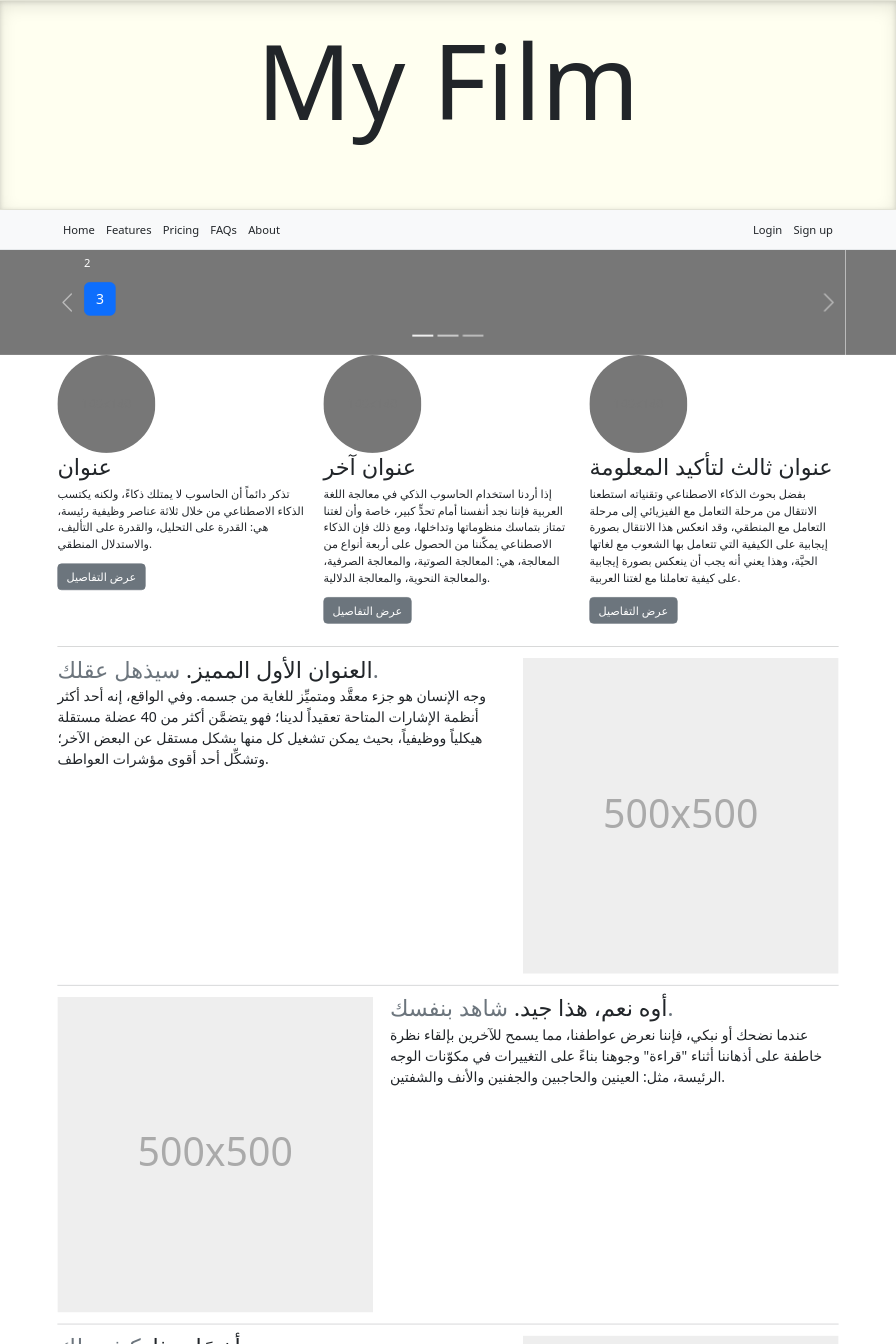
Repository: SpearManCN/MovieBox-2nd-Project-
Page: http://localhost/prj_01/WEB-INF/views/mainForm.jsp
The author's editor kept a copy of each file at every save. The page is drawn from the files as they stood at one save, then again after the next save.
The browser window is 1280 px wide. The pictures show the part of the page from y = 0 to 1920 px (the page is 2432 px tall before and 2732 px after), at 70% of full size.
The page is served by Tomcat 9. Nobody is signed in. Other server files are loaded and not shown. The template is opened directly, without the code that normally fills it, so the values that code supplies are empty.

Above is the page before, as saved 2022-12-12 12:25:49.

### Second project/prj_01/src/main/webapp/WEB-INF/views/mainForm.jsp
<%@ page language="java" contentType="text/html; charset=UTF-8"
    pageEncoding="UTF-8"%>
<!DOCTYPE html>
<html>
<head>
<meta name="viewport" content="width=device-width, initial-scale=1">
<meta charset="UTF-8">
<title>Insert title here</title>
<link href="https://cdn.jsdelivr.net/npm/bootstrap@5.2.3/dist/css/bootstrap.min.css" rel="stylesheet" integrity="sha384-rbsA2VBKQhggwzxH7pPCaAqO46MgnOM80zW1RWuH61DGLwZJEdK2Kadq2F9CUG65" crossorigin="anonymous">
 <style>

      .b-example-divider {
        height: 3rem;
        background-color: rgba(0, 0, 0, .1);
        border: solid rgba(0, 0, 0, .15);
        border-width: 1px 0;
        box-shadow: inset 0 .5em 1.5em rgba(0, 0, 0, .1), inset 0 .125em .5em rgba(0, 0, 0, .15);
      }
 .bd-placeholder-img {
        font-size: 1.125rem;
        text-anchor: middle;
        -webkit-user-select: none;
        -moz-user-select: none;
        user-select: none;
      }

      @media (min-width: 768px) {
        .bd-placeholder-img-lg {
          font-size: 3.5rem;
        }
      }
     .b-example-vr {
        flex-shrink: 0;
        width: 1.5rem;
        height: 100vh;
      }

      .bi {
        vertical-align: -.125em;
        fill: currentColor;
      }

      .nav-scroller {
        position: relative;
        z-index: 2;
        height: 2.75rem;
        overflow-y: hidden;
      }

      .nav-scroller .nav {
        display: flex;
        flex-wrap: nowrap;
        padding-bottom: 1rem;
        margin-top: -1px;
        overflow-x: auto;
        text-align: center;
        white-space: nowrap;
        -webkit-overflow-scrolling: touch;
      }
    </style>

</head>
<body>
<div style="height:300px; background-color: ivory" class="b-example-divider" align="center"><Span align="center" style="font-size: 150px;" >My Film</Span></div>

  <nav class="py-2 bg-light border-bottom">
    <div class="container d-flex flex-wrap">
      <ul class="nav me-auto">
        <li class="nav-item"><a href="#" class="nav-link link-dark px-2 active" aria-current="page">Home</a></li>
        <li class="nav-item"><a href="#" class="nav-link link-dark px-2">Features</a></li>
        <li class="nav-item"><a href="#" class="nav-link link-dark px-2">Pricing</a></li>
        <li class="nav-item"><a href="#" class="nav-link link-dark px-2">FAQs</a></li>
        <li class="nav-item"><a href="#" class="nav-link link-dark px-2">About</a></li>
      </ul>
      <ul class="nav">
        <li class="nav-item"><a href="#" class="nav-link link-dark px-2">Login</a></li>
        <li class="nav-item"><a href="#" class="nav-link link-dark px-2">Sign up</a></li>
      </ul>
    </div>
  </nav>
   <div id="myCarousel" class="carousel slide" data-bs-ride="carousel">
    <div class="carousel-indicators">
      <button type="button" data-bs-target="#myCarousel" data-bs-slide-to="0" class="active" aria-current="true" aria-label="Slide 1"></button>
      <button type="button" data-bs-target="#myCarousel" data-bs-slide-to="1" aria-label="Slide 2"></button>
      <button type="button" data-bs-target="#myCarousel" data-bs-slide-to="2" aria-label="Slide 3"></button>
    </div>
    <div class="carousel-inner">
      <div class="carousel-item active">
        <svg class="bd-placeholder-img" width="100%" height="100%" xmlns="http://www.w3.org/2000/svg" aria-hidden="true" preserveAspectRatio="xMidYMid slice" focusable="false"><rect width="100%" height="100%" fill="#777"/></svg>

        <div class="container">
          <div class="carousel-caption text-start">
            <h1>1</h1>
            <p>2</p>
            <p><a class="btn btn-lg btn-primary" href="#">3</a></p>
          </div>
        </div>
      </div>
      <div class="carousel-item">
        <svg class="bd-placeholder-img" width="100%" height="100%" xmlns="http://www.w3.org/2000/svg" aria-hidden="true" preserveAspectRatio="xMidYMid slice" focusable="false"><rect width="100%" height="100%" fill="#777"/></svg>

        <div class="container">
          <div class="carousel-caption">
            <h1>عنوان مثال آخر.</h1>
            <p>حسب المجلس الثقافي البريطاني فإن تعليم الإنجليزية داخل بريطانيا يسهم في تعزيز اقتصادها بما يتجاوز ملياري جنيه سنوياً، كما أنه وفر أكثر من 26 ألف وظيفة.</p>
            <p><a class="btn btn-lg btn-primary" href="#">أعرف أكثر</a></p>
          </div>
        </div>
      </div>
      <div class="carousel-item">
        <svg class="bd-placeholder-img" width="100%" height="100%" xmlns="http://www.w3.org/2000/svg" aria-hidden="true" preserveAspectRatio="xMidYMid slice" focusable="false"><rect width="100%" height="100%" fill="#777"/></svg>

        <div class="container">
          <div class="carousel-caption text-end">
            <h1>واحد أكثر لقياس جيد.</h1>
            <p>الإحصاءات لحجم الاستثمار اللغوي خارج بريطانيا تتفاوت من سنة لأخرى إلا أن المدير التنفيذي للمجلس الثقافي البريطاني إدي بايرز يرى أن استثمار تعليم الإنجليزية في الخارج لا يحسب على المستوى المالي فحسب بل على المستوى السياسي أيضاً.</p>
            <p><a class="btn btn-lg btn-primary" href="#">تصفح المعرض</a></p>
          </div>
        </div>
      </div>
    </div>
    <button class="carousel-control-prev" type="button" data-bs-target="#myCarousel" data-bs-slide="prev">
      <span class="carousel-control-prev-icon" aria-hidden="true"></span>
      <span class="visually-hidden">السابق</span>
    </button>
    <button class="carousel-control-next" type="button" data-bs-target="#myCarousel" data-bs-slide="next">
      <span class="carousel-control-next-icon" aria-hidden="true"></span>
      <span class="visually-hidden">التالي</span>
    </button>
  </div>

  <!-- Marketing messaging and featurettes
  ================================================== -->
  <!-- Wrap the rest of the page in another container to center all the content. -->

  <div class="container marketing">

    <!-- Three columns of text below the carousel -->
    <div class="row">
      <div class="col-lg-4">
        <svg class="bd-placeholder-img rounded-circle" width="140" height="140" xmlns="http://www.w3.org/2000/svg" role="img" aria-label="Placeholder: 140x140" preserveAspectRatio="xMidYMid slice" focusable="false"><title>Placeholder</title><rect width="100%" height="100%" fill="#777"/><text x="50%" y="50%" fill="#777" dy=".3em">140x140</text></svg>

        <h2 class="fw-normal">عنوان</h2>
        <p>تذكر دائماً أن الحاسوب لا يمتلك ذكاءً، ولكنه يكتسب الذكاء الاصطناعي من خلال ثلاثة عناصر وظيفية رئيسة، هي: القدرة على التحليل، والقدرة على التأليف، والاستدلال المنطقي.</p>
        <p><a class="btn btn-secondary" href="#">عرض التفاصيل</a></p>
      </div><!-- /.col-lg-4 -->
      <div class="col-lg-4">
        <svg class="bd-placeholder-img rounded-circle" width="140" height="140" xmlns="http://www.w3.org/2000/svg" role="img" aria-label="Placeholder: 140x140" preserveAspectRatio="xMidYMid slice" focusable="false"><title>Placeholder</title><rect width="100%" height="100%" fill="#777"/><text x="50%" y="50%" fill="#777" dy=".3em">140x140</text></svg>

        <h2 class="fw-normal">عنوان آخر</h2>
        <p>إذا أردنا استخدام الحاسوب الذكي في معالجة اللغة العربية فإننا نجد أنفسنا أمام تحدٍّ كبير، خاصة وأن لغتنا تمتاز بتماسك منظوماتها وتداخلها، ومع ذلك فإن الذكاء الاصطناعي يمكّننا من الحصول على أربعة أنواع من المعالجة، هي: المعالجة الصوتية، والمعالجة الصرفية، والمعالجة النحوية، والمعالجة الدلالية.</p>
        <p><a class="btn btn-secondary" href="#">عرض التفاصيل</a></p>
      </div><!-- /.col-lg-4 -->
      <div class="col-lg-4">
        <svg class="bd-placeholder-img rounded-circle" width="140" height="140" xmlns="http://www.w3.org/2000/svg" role="img" aria-label="Placeholder: 140x140" preserveAspectRatio="xMidYMid slice" focusable="false"><title>Placeholder</title><rect width="100%" height="100%" fill="#777"/><text x="50%" y="50%" fill="#777" dy=".3em">140x140</text></svg>

        <h2 class="fw-normal">عنوان ثالث لتأكيد المعلومة</h2>
        <p>بفضل بحوث الذكاء الاصطناعي وتقنياته استطعنا الانتقال من مرحلة التعامل مع الفيزيائي إلى مرحلة التعامل مع المنطقي، وقد انعكس هذا الانتقال بصورة إيجابية على الكيفية التي تتعامل بها الشعوب مع لغاتها الحيَّة، وهذا يعني أنه يجب أن ينعكس بصورة إيجابية على كيفية تعاملنا مع لغتنا العربية.</p>
        <p><a class="btn btn-secondary" href="#">عرض التفاصيل</a></p>
      </div><!-- /.col-lg-4 -->
    </div><!-- /.row -->


    <!-- START THE FEATURETTES -->

    <hr class="featurette-divider">

    <div class="row featurette">
      <div class="col-md-7">
        <h2 class="featurette-heading fw-normal lh-1">العنوان الأول المميز. <span class="text-muted"> سيذهل عقلك. </span></h2>
        <p class="lead">وجه الإنسان هو جزء معقَّد ومتميِّز للغاية من جسمه. وفي الواقع، إنه أحد أكثر أنظمة الإشارات المتاحة تعقيداً لدينا؛ فهو يتضمَّن أكثر من 40 عضلة مستقلة هيكلياً ووظيفياً، بحيث يمكن تشغيل كل منها بشكل مستقل عن البعض الآخر؛ وتشكِّل أحد أقوى مؤشرات العواطف.</p>
      </div>
      <div class="col-md-5">
        <svg class="bd-placeholder-img bd-placeholder-img-lg featurette-image img-fluid mx-auto" width="500" height="500" xmlns="http://www.w3.org/2000/svg" role="img" aria-label="Placeholder: 500x500" preserveAspectRatio="xMidYMid slice" focusable="false"><title>Placeholder</title><rect width="100%" height="100%" fill="#eee"/><text x="50%" y="50%" fill="#aaa" dy=".3em">500x500</text></svg>

      </div>
    </div>

    <hr class="featurette-divider">

    <div class="row featurette">
      <div class="col-md-7 order-md-2">
        <h2 class="featurette-heading fw-normal lh-1">أوه نعم، هذا جيد. <span class="text-muted"> شاهد بنفسك. </span></h2>
        <p class="lead">عندما نضحك أو نبكي، فإننا نعرض عواطفنا، مما يسمح للآخرين بإلقاء نظرة خاطفة على أذهاننا أثناء "قراءة" وجوهنا بناءً على التغييرات في مكوّنات الوجه الرئيسة، مثل: العينين والحاجبين والجفنين والأنف والشفتين.</p>
      </div>
      <div class="col-md-5 order-md-1">
        <svg class="bd-placeholder-img bd-placeholder-img-lg featurette-image img-fluid mx-auto" width="500" height="500" xmlns="http://www.w3.org/2000/svg" role="img" aria-label="Placeholder: 500x500" preserveAspectRatio="xMidYMid slice" focusable="false"><title>Placeholder</title><rect width="100%" height="100%" fill="#eee"/><text x="50%" y="50%" fill="#aaa" dy=".3em">500x500</text></svg>

      </div>
    </div>

    <hr class="featurette-divider">

    <div class="row featurette">
      <div class="col-md-7">
        <h2 class="featurette-heading fw-normal lh-1">وأخيرًا، هذا. <span class="text-muted"> كش ملك. </span></h2>
        <p class="lead">إن جميع العضلات في أجسامنا مدعمة بالأعصاب المتصلة من كافة أنحاء الجسم بالنخاع الشوكي والدماغ. وهذا الاتصال العصبي هو ثنائي الاتجاه، أي إن العصب يتسبَّب في تقلصات العضلات بناءً على إشارات الدماغ، ويقوم في الوقت نفسه بإرسال معلومات عن حالة العضلات إلى الدماغ</p>
      </div>
      <div class="col-md-5">
        <svg class="bd-placeholder-img bd-placeholder-img-lg featurette-image img-fluid mx-auto" width="500" height="500" xmlns="http://www.w3.org/2000/svg" role="img" aria-label="Placeholder: 500x500" preserveAspectRatio="xMidYMid slice" focusable="false"><title>Placeholder</title><rect width="100%" height="100%" fill="#eee"/><text x="50%" y="50%" fill="#aaa" dy=".3em">500x500</text></svg>

      </div>
    </div>

    <hr class="featurette-divider">

    <!-- /END THE FEATURETTES -->

  </div><!-- /.container -->


  <!-- FOOTER -->
  <footer class="container">
    <p class="float-end"><a href="#">عد إلى الأعلى</a></p>
    <p>&copy; 2017–2022 Company, Inc. &middot; <a href="#">سياسة الخصوصية</a> &middot; <a href="#">شروط الاستخدام</a></p>
  </footer>
</main>





<script src="https://cdn.jsdelivr.net/npm/bootstrap@5.2.3/dist/js/bootstrap.bundle.min.js" integrity="sha384-kenU1KFdBIe4zVF0s0G1M5b4hcpxyD9F7jL+jjXkk+Q2h455rYXK/7HAuoJl+0I4" crossorigin="anonymous"></script>
</body>
</html>

After the next save:
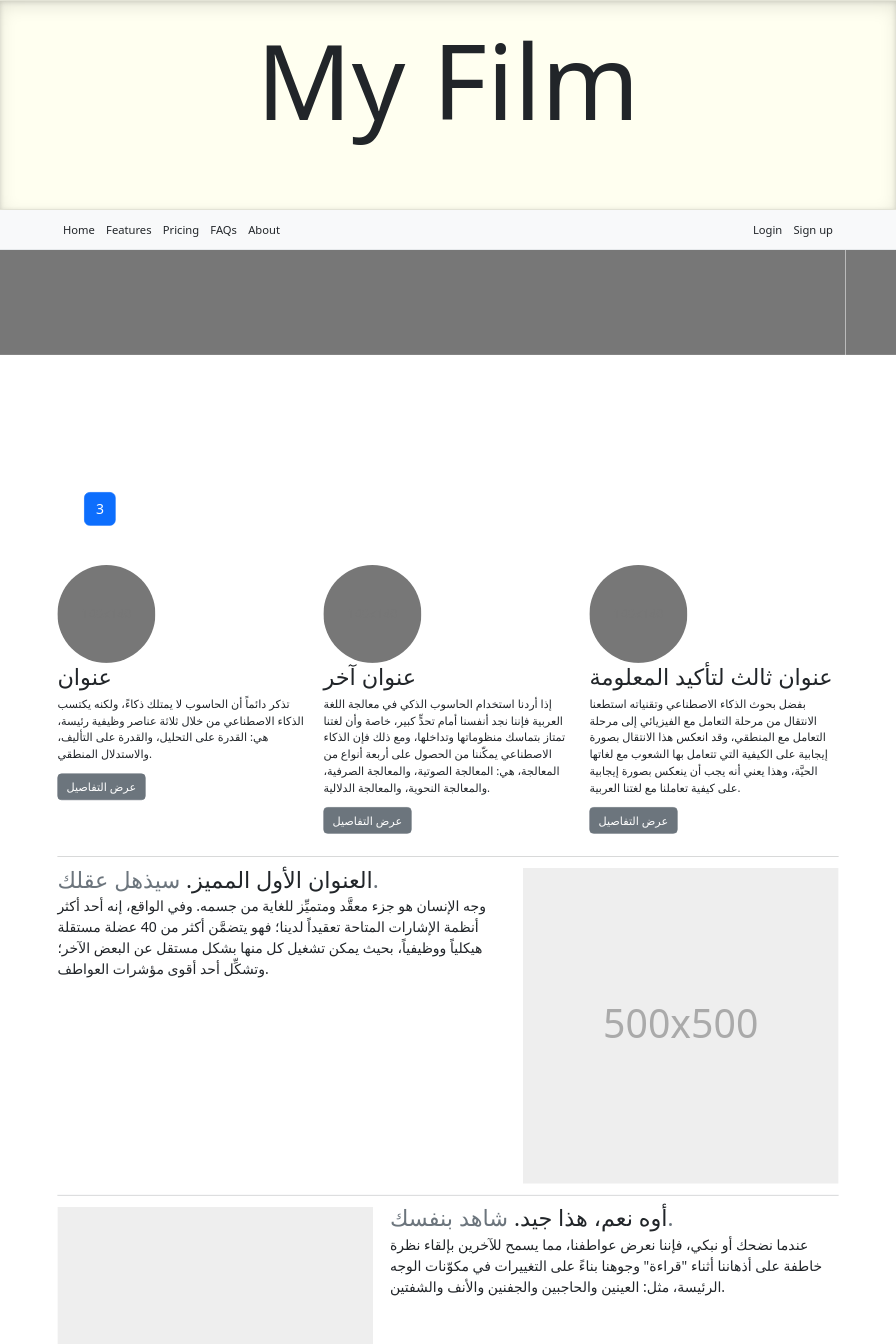
Saved 23 s later.
--- a/Second project/prj_01/src/main/webapp/WEB-INF/views/mainForm.jsp
+++ b/Second project/prj_01/src/main/webapp/WEB-INF/views/mainForm.jsp
@@ -88,7 +88,7 @@
       <div class="carousel-item active">
         <svg class="bd-placeholder-img" width="100%" height="100%" xmlns="http://www.w3.org/2000/svg" aria-hidden="true" preserveAspectRatio="xMidYMid slice" focusable="false"><rect width="100%" height="100%" fill="#777"/></svg>
 
-        <div class="container">
+        <div class="container" style="height:300px;">
           <div class="carousel-caption text-start">
             <h1>1</h1>
             <p>2</p>

After the save that followed:
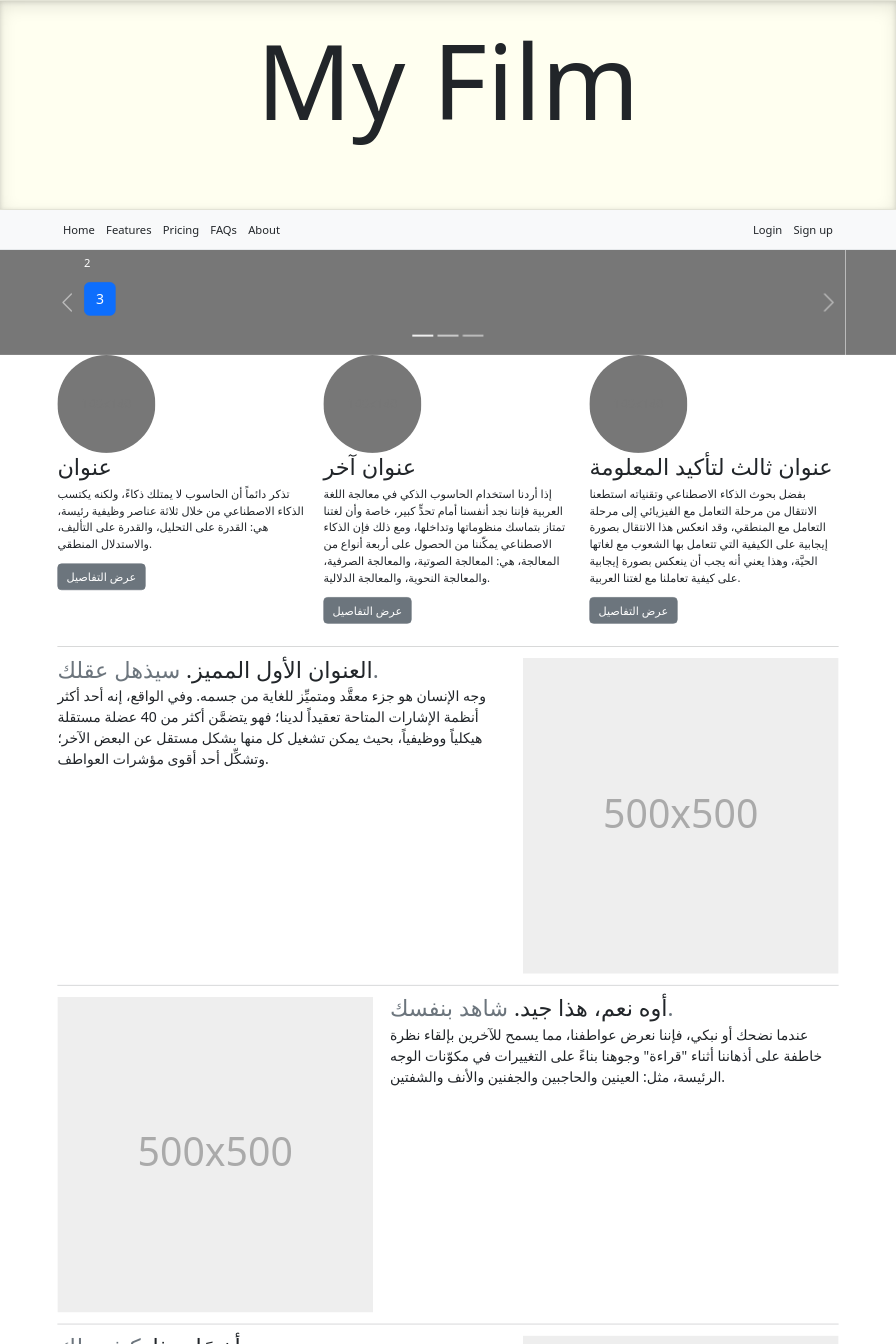
Saved 11 s later.
--- a/Second project/prj_01/src/main/webapp/WEB-INF/views/mainForm.jsp
+++ b/Second project/prj_01/src/main/webapp/WEB-INF/views/mainForm.jsp
@@ -88,7 +88,7 @@
       <div class="carousel-item active">
         <svg class="bd-placeholder-img" width="100%" height="100%" xmlns="http://www.w3.org/2000/svg" aria-hidden="true" preserveAspectRatio="xMidYMid slice" focusable="false"><rect width="100%" height="100%" fill="#777"/></svg>
 
-        <div class="container" style="height:300px;">
+        <div class="container" style="">
           <div class="carousel-caption text-start">
             <h1>1</h1>
             <p>2</p>
